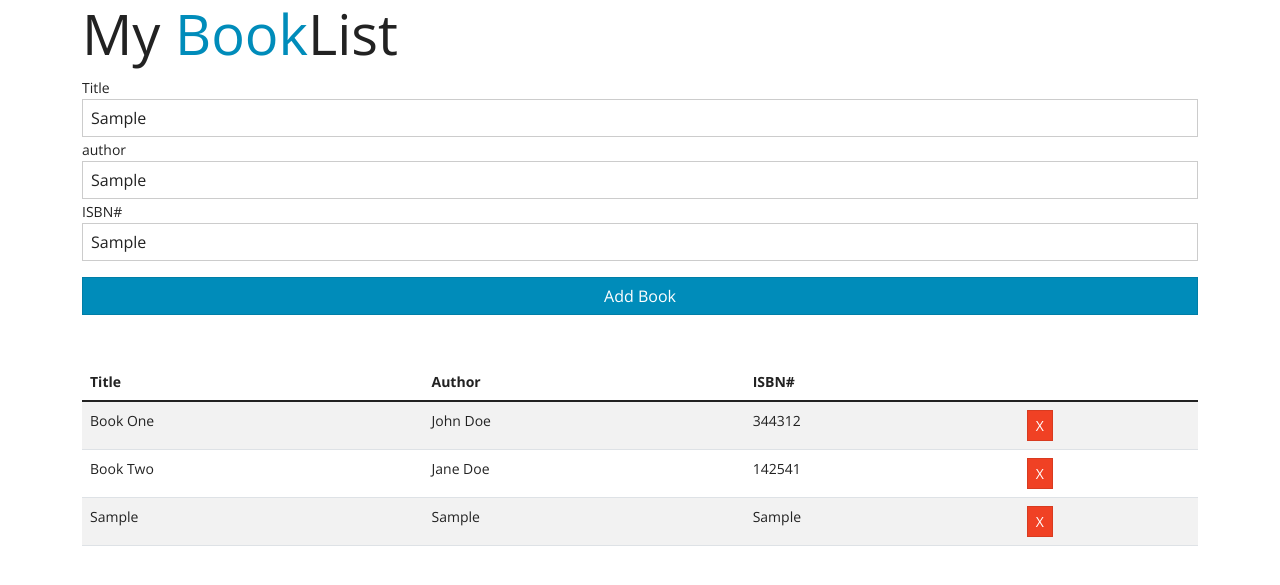
Repository: Fauzaanmhmd/vanillaBookList
Page: index.html
An editor plug-in stored every save of this project. The page is shown before and after the next save, followed by the edit.
The browser window is 1280 px wide. The pictures show the whole page.
Empty fields were first filled with sample values (such as "Sample", 5 or name@example.com).
After loading, the first visible `#book-form` was submitted once.

Above is the page before, as saved 2022-02-15 03:34:23.

### index.html
<!DOCTYPE html>
<html lang="en">

<head>
    <meta charset="UTF-8">
    <meta http-equiv="X-UA-Compatible" content="IE=edge">
    <meta name="viewport" content="width=device-width, initial-scale=1.0">
    <link rel="stylesheet" type="text/css" href="bootstrap.min.css">
    <title>My BookList App</title>
</head>

<body>
    <div class="container">
        <h1 class="display-4">My <span class="text-primary">Book</span>List</h1>
        <form action="" id="book-form">
            <div class="form-group">
                <label for="title">Title</label>
                <input type="text" id="title" class="form-control">
            </div>
            <div class="form-group">
                <label for="author">author</label>
                <input type="text" id="author" class="form-control">
            </div>
            <div class="form-group">
                <label for="isbn">ISBN#</label>
                <input type="text" id="isbn" class="form-control">
            </div>
            <input type="submit" value="Add Book" class="btn btn-primary col-12 mt-3">
        </form>
        <table class="table table-striped mt-5">
            <thead>
                <tr>
                    <th>Title</th>
                    <th>Author</th>
                    <th>ISBN#</th>
                </tr>
            </thead>
            <tbody id="book-list"></tbody>
        </table>
    </div>
    <script src="main.js"></script>
</body>

</html>

### main.js
// Book Class: Represents a Book

class Book {
    constructor(title, author, isbn) {
        this.title = title;
        this.author = author;
        this.isbn = isbn;
    }
}

// UI Class: Handle UI Tasks

class UI {
    static displayBooks() {
        const StoredBooks = [
            {
                title: 'Book One',
                author: 'John Doe',
                isbn: '344312'
            },
            {
                title: 'Book Two',
                author: 'Jane Doe',
                isbn: '142541'
            }
        ];

        const books = StoredBooks;

        books.forEach((book) => UI.addBookToList(book));
    }

    static addBookToList(book) {
        const list = document.querySelector('#book-list');

        const row = document.createElement('tr');

        row.innerHTML = `
        <td>${book.title}</td>
        <td>${book.author}</td>
        <td>${book.isbn}</td>
        <td><a href="#" class="btn btn-danger btn-sm delete">X</a></td>
        `;

        list.appendChild(row);
    }
}

// Store Class: Handle Storage

// Event: Display Books
document.addEventListener('DOMContentLoaded', UI.displayBooks);

// Event: Add a Book
document.querySelector('#book-form').addEventListener('submit', (e) => {
    // prevent actual submit
    e.preventDefault();

    // Get form values
    const title = document.querySelector('#title').value;
    const author = document.querySelector('#author').value;
    const isbn = document.querySelector('#isbn').value;

    // Instatiate Book
    const book = new Book(title, author, isbn);

    // Add Book to UI
    UI.addBookToList(book);

});
// Event: Remove a Book

Loaded but not shown: bootstrap.min.css (library)

After the next save:
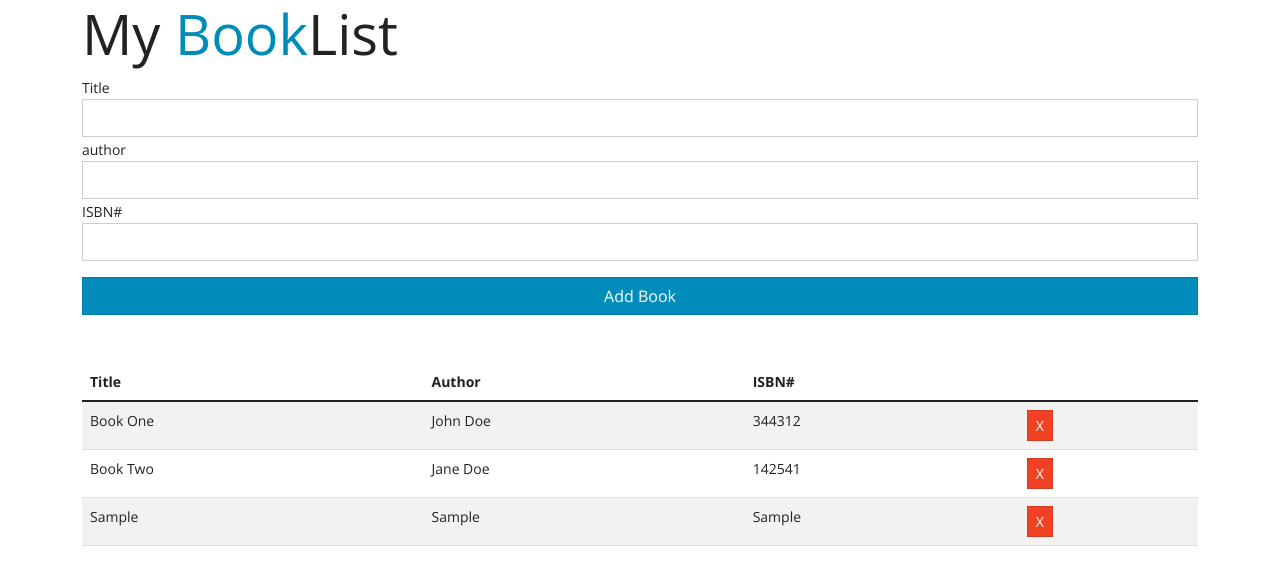
Saved 8 min 9 s later.
--- a/main.js
+++ b/main.js
@@ -44,6 +44,12 @@ class UI {
 
         list.appendChild(row);
     }
+
+    static clearFields() {
+        document.querySelector('#title').value = '';
+        document.querySelector('#author').value = '';
+        document.querySelector('#isbn').value = '';
+    }
 }
 
 // Store Class: Handle Storage
@@ -67,5 +73,11 @@ document.querySelector('#book-form').addEventListener('submit', (e) => {
     // Add Book to UI
     UI.addBookToList(book);
 
+    // Clear Fields
+    UI.clearFields();
+
 });
 // Event: Remove a Book
+document.querySelector('#book-list').addEventListener('click', (e) => {
+    UI.deleteBook(e.target)
+});
